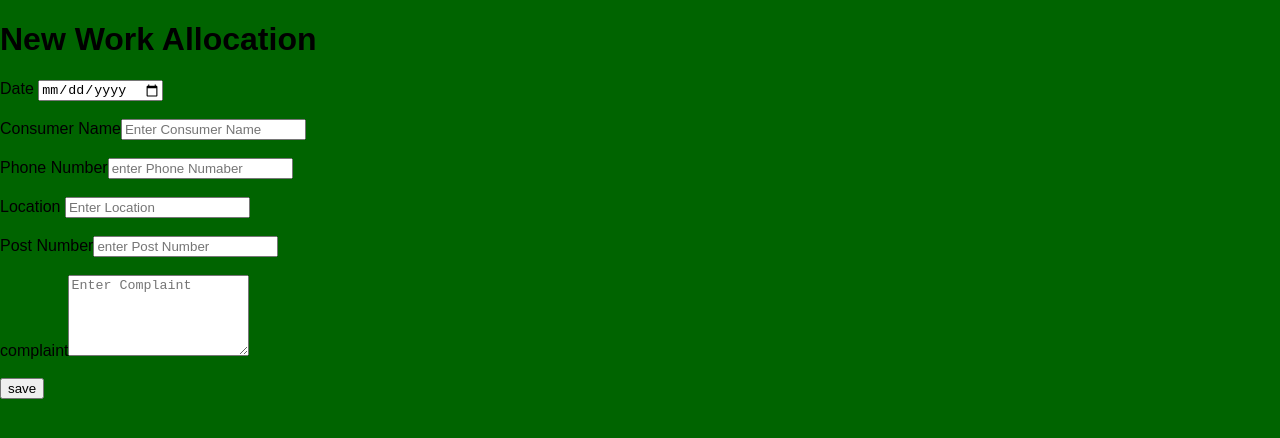
Repository: Jobinte/KSEB-PROJECT
Page: KSEB-complaint-management/WebContent/workAllocation.html
An editor plug-in stored every save of this project. The page is shown before and after the next save, followed by the edit.
The browser window is 1280 px wide. The pictures show the whole page.

Above is the page before, as saved 2023-11-22 09:47:13.

### KSEB-complaint-management/WebContent/workAllocation.html
<!DOCTYPE html>
<html>
<head>
<meta charset="ISO-8859-1">
<title>New Work Allocation </title>
<link href="css/workAllocation.css" rel="stylesheet" type="text/css" />
</head>
<body>

<div class="wrokAllocation">
		<h1 id="heading"> New Work Allocation </h1>

		<form action="#" name="workAllocation" id="editComplaint" method="post">
			<div class="demo">
			Date <input type="date" /> <br> <br>
			Consumer Name<input type="text" name="consumerName" placeholder="Enter Consumer Name" /> <br> <br>
			Phone Number<input type="text" name="phone" placeholder="enter Phone Numaber " /> <br> <br>
			Location <input type="text" name="location" placeholder="Enter Location " /> <br> <br>
			Post Number<input type="text" name="post" placeholder="enter Post Number  " /> <br> <br>
			complaint<textarea rows="5" cols="20" name="complaint"  placeholder="Enter Complaint"></textarea> <br> <br>
			<input type="submit" value="save" />

				</div>
			</form>
			</div>
</body>
</html>

### KSEB-complaint-management/WebContent/css/workAllocation.css
body{
	margin:0;
	padding:0;
	 background-color:darkgreen;
	 font-family:'arial';

}
#heading {
	color:black;
	font:Times new roman;

}
.editComplaint{
	width:350px;
	height:auto;

	padding:20px;
	margin-top:150px;
	margin-left:560px;
	border-radius:15px;
	 border : 2px solid;




	background-color:lightgreen;
	text-align:center;
}

After the next save:
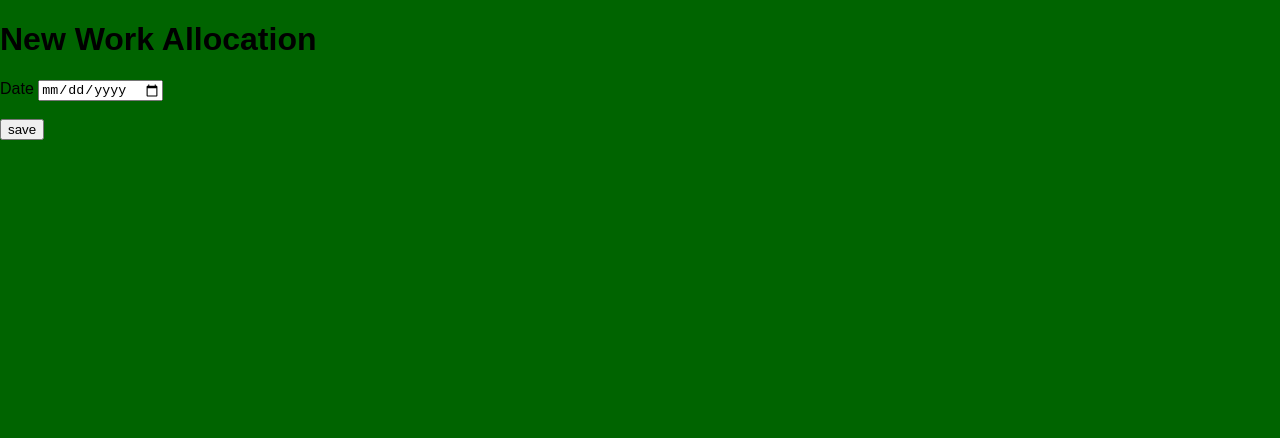
Saved 6 min 25 s later.
--- a/KSEB-complaint-management/WebContent/workAllocation.html
+++ b/KSEB-complaint-management/WebContent/workAllocation.html
@@ -10,14 +10,10 @@
 <div class="wrokAllocation">
 		<h1 id="heading"> New Work Allocation </h1>
 
-		<form action="#" name="workAllocation" id="editComplaint" method="post">
+		<form action="#" name="workAllocation" id="workAllocation" method="post">
 			<div class="demo">
 			Date <input type="date" /> <br> <br>
-			Consumer Name<input type="text" name="consumerName" placeholder="Enter Consumer Name" /> <br> <br>
-			Phone Number<input type="text" name="phone" placeholder="enter Phone Numaber " /> <br> <br>
-			Location <input type="text" name="location" placeholder="Enter Location " /> <br> <br>
-			Post Number<input type="text" name="post" placeholder="enter Post Number  " /> <br> <br>
-			complaint<textarea rows="5" cols="20" name="complaint"  placeholder="Enter Complaint"></textarea> <br> <br>
+
 			<input type="submit" value="save" />
 
 				</div>
